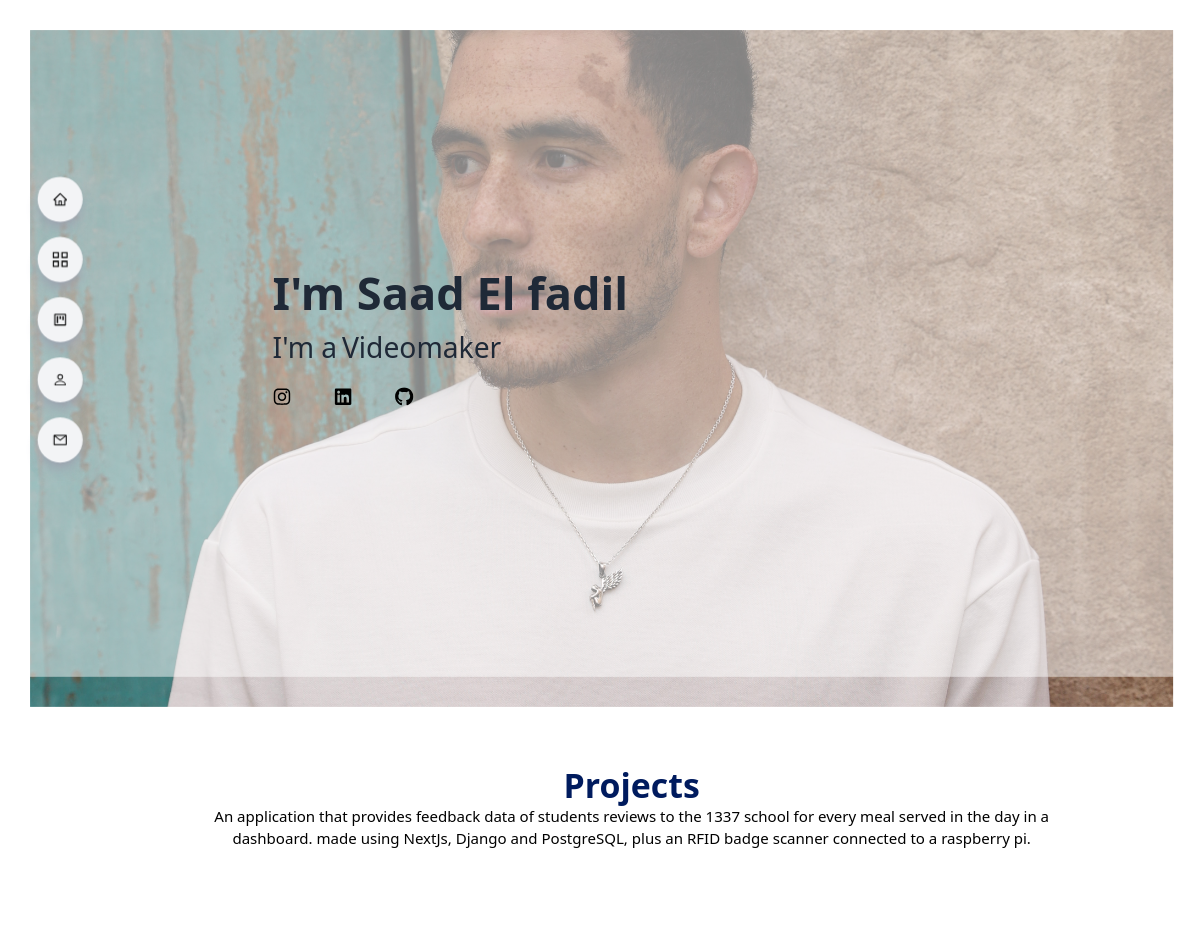
Repository: Saadelfadil/saadelfadil.github.io
Page: /
These files come from the project's save history. The page is drawn as it stood at one moment and after a run of saves; the edit follows.
The browser window is 1280 px wide. The pictures show the whole page, at 94% of full size.
The project was rebuilt for these pictures with package versions that can differ from the ones it lists, and the page was loaded fresh each time. Also part of the build but not shown: vite.config.js, src/components/ProjectItem.jsx.

Above is the page before, as saved 2023-02-26 17:50:37.

After the next 2 saves:
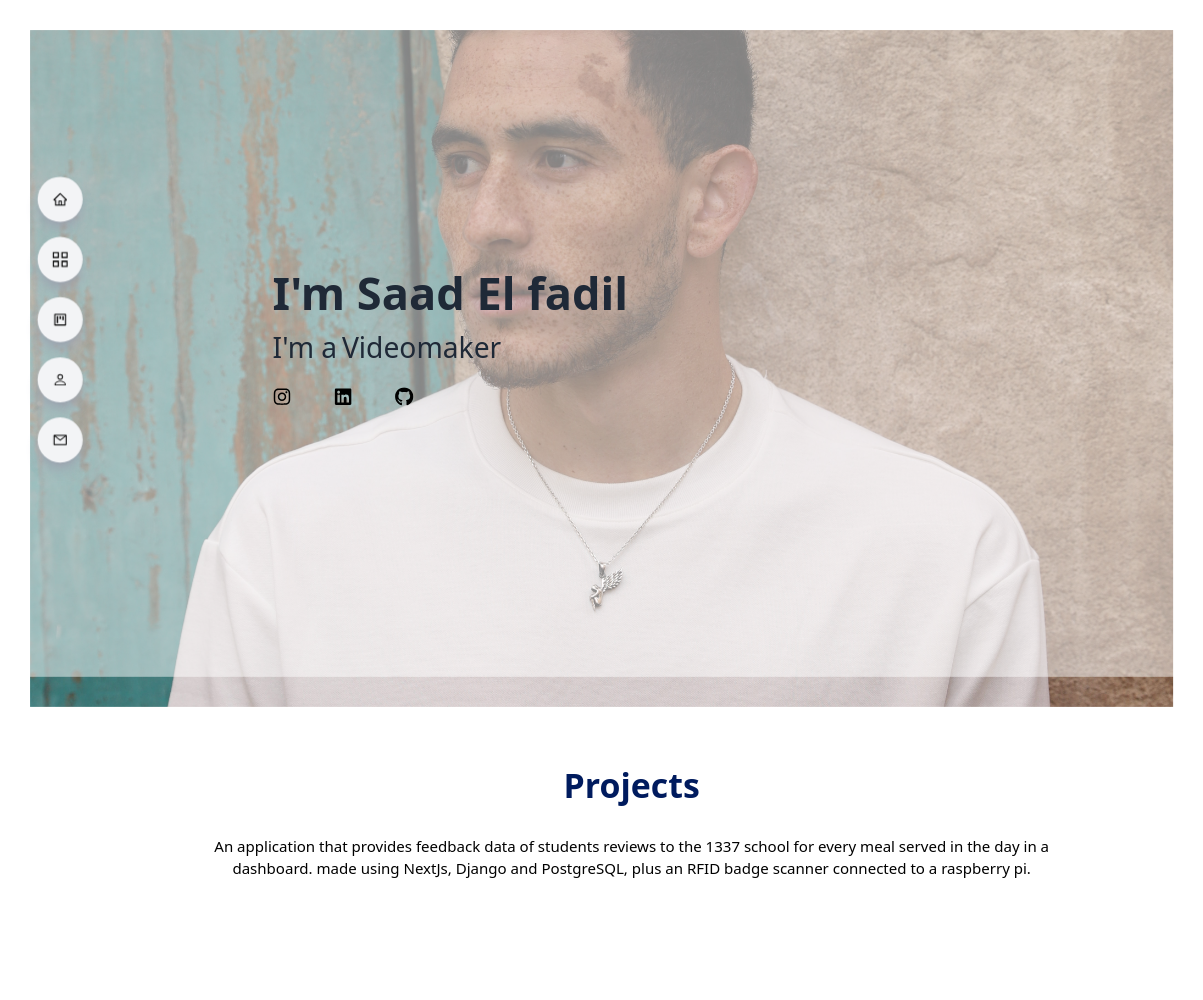
The 2 saves are shown as one change because they came seconds apart.
The last was saved 7 s later.
--- a/src/components/Projects.jsx
+++ b/src/components/Projects.jsx
@@ -6,7 +6,7 @@ const Projects = () => {
   return (
     <div id="projects" className="max-w-[1028px] m-auto md:pl-20 p-4 py-16">
         <h1 className="text-4xl font-bold text-center text-[#001b5e] ">Projects</h1>
-        <p className="text-center ">
+        <p className="text-center py-8">
             An application that provides feedback data of students reviews to the 1337 school for every meal served in the day in a dashboard. made using NextJs, Django and PostgreSQL, plus an RFID badge scanner connected to a raspberry pi.
         </p>
         {/* <ProjectItem /> */}
